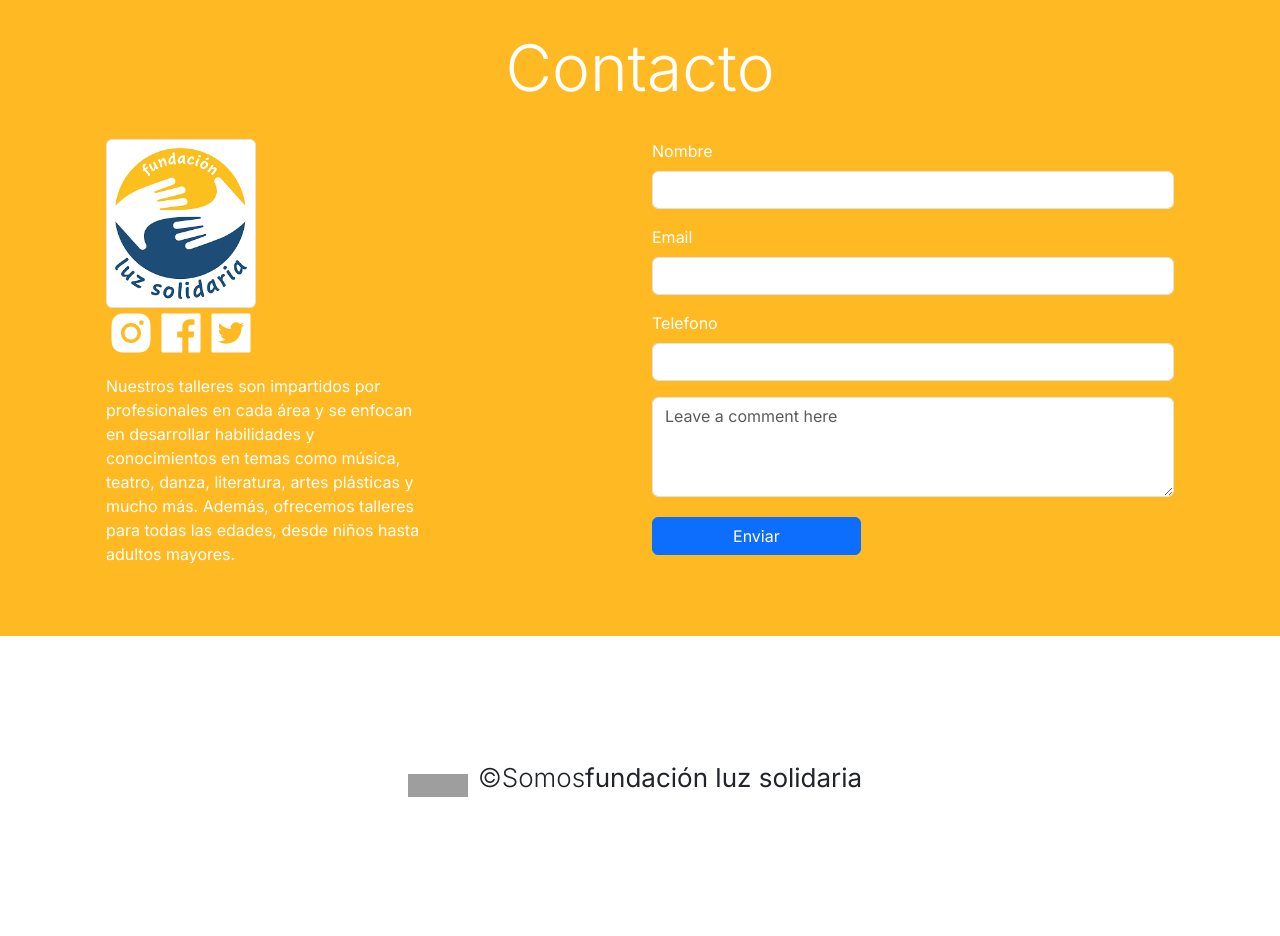
Repository: JtoralesK/dwf11
Page: /
The author's editor kept a copy of each file at every save. The page is drawn from the files as they stood at one save, then again after the next save.
The browser window is 1280 px wide. The pictures show the whole page.
Pictures or frames that could not be fetched are drawn as grey boxes. The project was rebuilt for these pictures with package versions that can differ from the ones it lists, and the page was loaded fresh each time. The framework's server and built-in components were replaced by stand-ins that run in the browser. Also part of the build but not shown: next.config.js.

Above is the page before, as saved 2023-05-31 19:04:32.

After the next save:
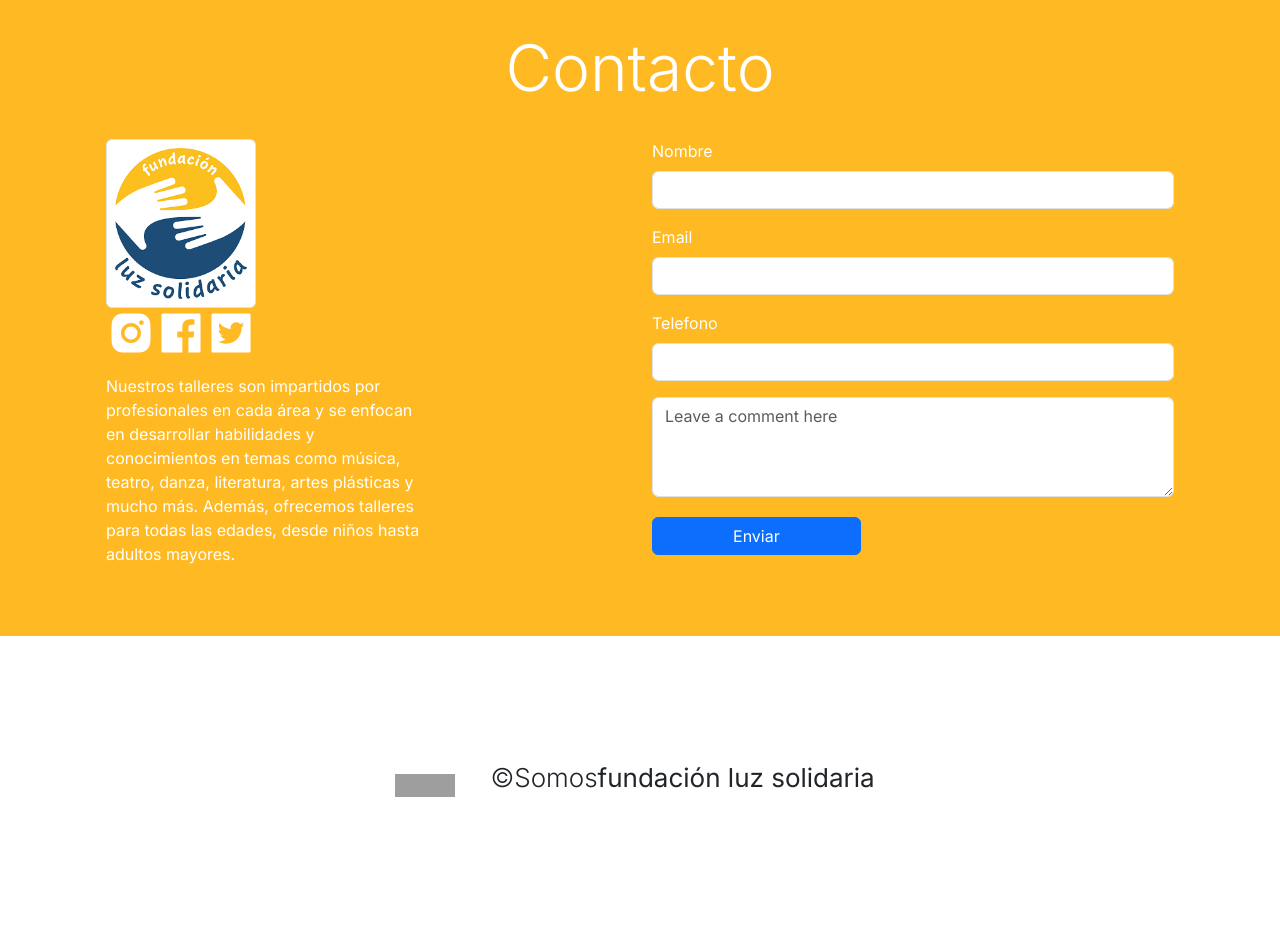
Saved 27 s later.
--- a/src/app/components/footer/style.css
+++ b/src/app/components/footer/style.css
@@ -19,6 +19,7 @@
     justify-content: center;
     align-items: center;
     padding: 10px;
+    margin-left: 25px;
 }
 .title-copy {
     text-align: center;

After the 2 saves that followed:
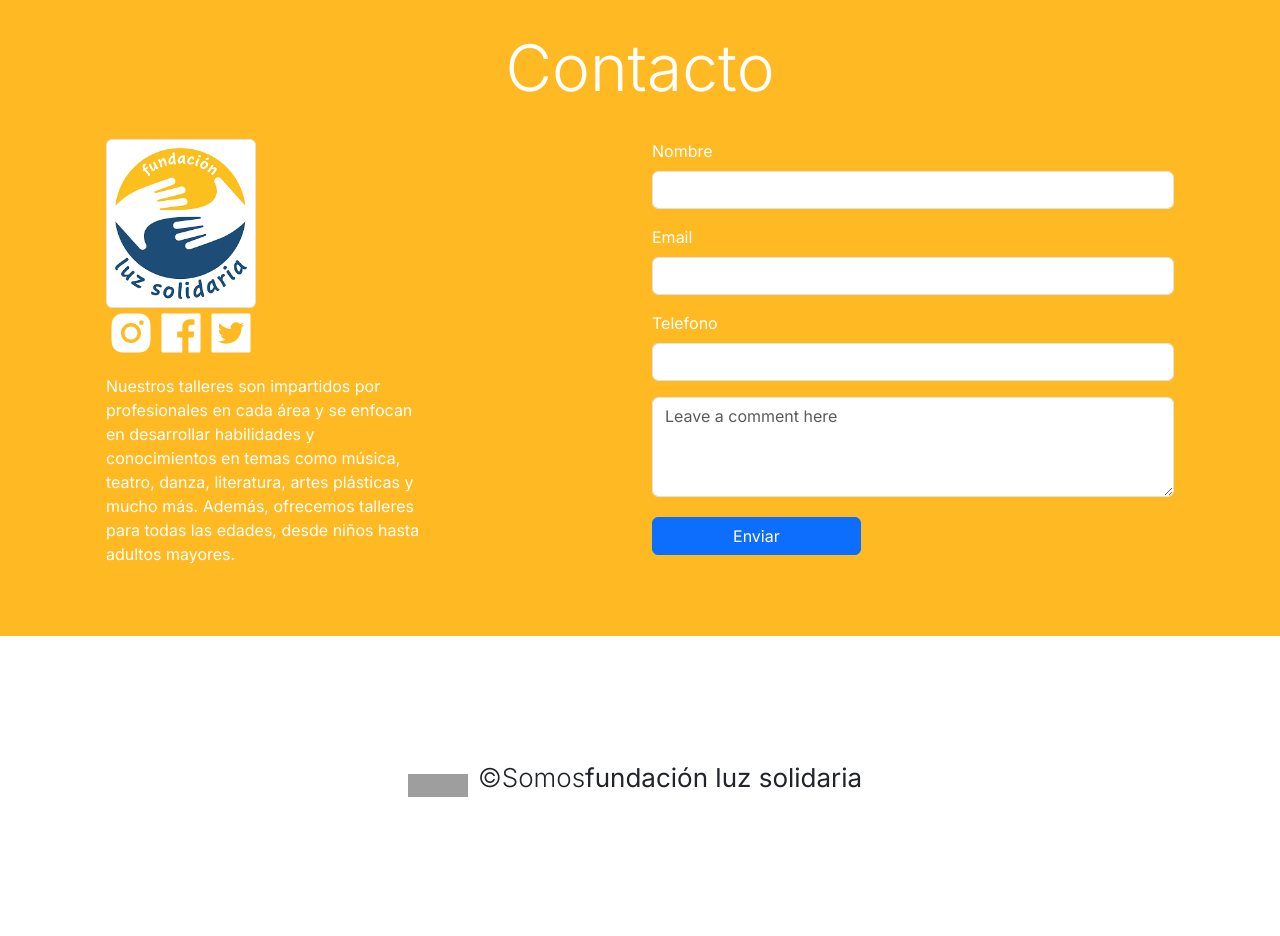
The 2 saves are shown as one change because they came seconds apart.
The last was saved 28 s later.
--- a/src/app/components/footer/style.css
+++ b/src/app/components/footer/style.css
@@ -19,7 +19,6 @@
     justify-content: center;
     align-items: center;
     padding: 10px;
-    margin-left: 25px;
 }
 .title-copy {
     text-align: center;
